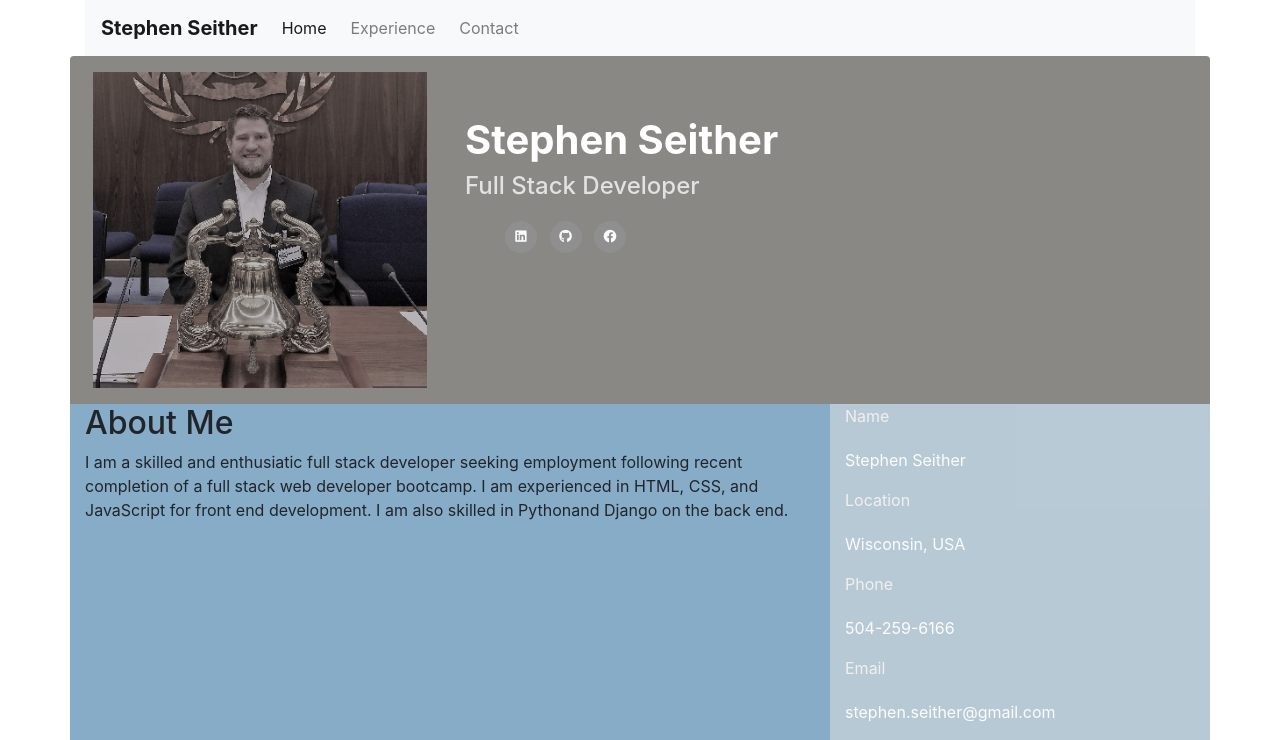
Repository: stephenseither/First-Milestone-Project
Page: index.html
The author's editor kept a record of every edit. The page is drawn from the files as they stood at one moment, then again after the next edit.
The browser window is 1280 px wide. The pictures show the whole page.
Some web libraries are served in a nearby version.

Above is the page before.

### index.html
<!DOCTYPE html>
<html lang="en">

<head>
    <meta charset="UTF-8">
    <meta name="viewport" content="width=device-width, initial-scale=1.0">
    <meta http-equiv="X-UA-Compatible" content="ie=edge">
    <link rel="stylesheet" href="https://stackpath.bootstrapcdn.com/bootstrap/4.3.1/css/bootstrap.min.css" integrity="sha384-ggOyR0iXCbMQv3Xipma34MD+dH/1fQ784/j6cY/iJTQUOhcWr7x9JvoRxT2MZw1T" crossorigin="anonymous">
    <link rel="stylesheet" href="https://use.fontawesome.com/releases/v5.10.2/css/all.css" integrity="sha384-rtJEYb85SiYWgfpCr0jn174XgJTn4rptSOQsMroFBPQSGLdOC5IbubP6lJ35qoM9" crossorigin="anonymous">
    <link rel="stylesheet" href="assets/css/style.css" type="text/css" />
    <title>Document</title>
</head>

<body>
    <div class="container">
        <nav class="navbar navbar-light bg-light navbar-expand-sm no-gutters">
            <a href="index.html" class="navbar-brand font-weight-bold">Stephen Seither</a>

            <button class="navbar-toggler ml-auto" type="button" data-toggle="collapse" data-target="#navbarNavDropdown" aria-controls="navbarNavDropdown" aria-expanded="false" aria-label="Toggle navigation">
            <span class="navbar-toggler-icon"></span></button>

            <div class="collapse navbar-collapse" id="navbarNavDropdown">
                <ul class="navbar-nav mr-auto">
                    <li class="active nav-item mr-2"><a class="nav-link" href="index.html">Home</a></li>
                    <li class="nav-item mr-2"><a class="nav-link" href="experience.html">Experience</a></li>
                    <li class="nav-item mr-2"><a class="nav-link" href="contact.html">Contact</a></li>
                </ul>
            </div>
        </nav>


        <div class="row bg-header rounded-top">
            <div class="col-sm-4 photo">
                <img src="assets/images/stephen-1.jpg" alt="stephen" class="img-fluid img-responsive py-3 px-2" />
            </div>
            <div class="col-sm-8 heading">
                <div class="row">
                    <div class="col">
                        <h1 class="name font-weight-bold">Stephen Seither</h3>
                            <h4 class="title">Full Stack Developer</h4>
                    </div>
                </div>
                <div class="row">
                    <div class="col">
                        <ul class="list-inline social-links">
                            <li class="list-inline-item">
                                <a href="https://www.linkedin.com/in/stephen-seither-254ba7b7" target="_blank">
                                <i class="fab fa-linkedin" aria-hidden="true"></i>
                                <span class="sr-only">LinkedIn</span>
                                </a>
                            </li>
                            <li class="list-inline-item">
                                <a href="https://github.com/stephenseither" target="_blank">
                                    <i class="fab fa-github" aria-hidden="true"></i>
                                    <span class="sr-only">GitHub</span>
                                </a>
                            </li>
                            <li class="list-inline-item">
                                <a href="https://www.facebook.com/stephen.seither" target="_blank">
                                    <i class="fab fa-facebook" aria-hidden="true"></i>
                                    <span class="sr-only">Facebook</span>
                                </a>
                            </li>
                        </ul>
                    </div>
                </div>
            </div>
        </div>
    </div>

    <section class="container">
        <div class="row">
            <div class="col-md-8 about-me">
                <h2>About Me</h2>
                <p>I am a skilled and enthusiatic full stack developer seeking employment following recent completion of a full stack web developer bootcamp. I am experienced in HTML, CSS, and JavaScript for front end development. I am also skilled in Pythonand Django on the back end. </p>
            </div>
            <div class="col-md-4 contact-info">
                <div class="personal-info-item">
                    <div class="title">
                        <p class="uppercase">
                            Name
                        </p>
                    </div>
                    <div class="value">
                        <p>
                            Stephen Seither
                        </p>
                    </div>
                </div>
                <div class="personal-info-item">
                    <div class="title">
                        <p class="uppercase">
                            Location
                        </p>
                    </div>
                    <div class="value">
                        <p>
                            Wisconsin, USA
                        </p>
                    </div>
                </div>
                <div class="personal-info-item">
                    <div class="title">
                        <p class="uppercase">
                            Phone
                        </p>
                    </div>
                    <div class="value">
                        <p>
                            504-259-6166
                        </p>
                    </div>
                </div>
                <div class="personal-info-item">
                    <div class="title">
                        <p class="uppercase">
                            Email
                        </p>
                    </div>
                    <div class="value">
                        <p>
                            stephen.seither@gmail.com
                        </p>
                    </div>
                </div>
            </div>
        </div>
    </section>
    <script src="https://code.jquery.com/jquery-3.3.1.slim.min.js" integrity="sha384-q8i/X+965DzO0rT7abK41JStQIAqVgRVzpbzo5smXKp4YfRvH+8abtTE1Pi6jizo" crossorigin="anonymous"></script>
    <script src="https://cdnjs.cloudflare.com/ajax/libs/popper.js/1.14.3/umd/popper.min.js" integrity="sha384-ZMP7rVo3mIykV+2+9J3UJ46jBk0WLaUAdn689aCwoqbBJiSnjAK/l8WvCWPIPm49" crossorigin="anonymous"></script>
    <script src="https://stackpath.bootstrapcdn.com/bootstrap/4.1.3/js/bootstrap.min.js" integrity="sha384-ChfqqxuZUCnJSK3+MXmPNIyE6ZbWh2IMqE241rYiqJxyMiZ6OW/JmZQ5stwEULTy" crossorigin="anonymous"></script>
</body>

</html>

### assets/css/style.css
/*---------------------------BG Colors---------------------- */

.bg-header {
    background-color: #8a8884;
}

.about-me {
background-color: #87acc7;
}

.contact-info {
    background-color: #7395ae;
    opacity: 0.5;
    transition: opacity .5s ease-out, font-weight .25s ease-in-out;
    -moz-transition: opacity .5s ease-out, font-weight .25s ease-in-out;
    -webkit-transition: opacity .5s ease-out, font-weight .25s ease-in-out;
    color: #fafafa;
    font-weight: normal;
}

.contact-info:hover {
    opacity: 1.2;
    font-weight: bold;
}


/*---------------------------Header---------------------- */

.name {
    margin-top: 60px;
    color: #fff;
}

.title {
    color: #e3e1e1;
    margin-bottom: 20px;
}

.social-links {
    margin-left: 40px;
}

.social-links li a i {
    width: 32px;
    height: 32px;
    padding: 12px 2px;
    border-radius: 50%;
    font-size: 13px;
    line-height: 7px;
    text-align: center;
    color: #fafafa;
    background: #8f8f8f;
    transition: all 0.35s ease-in-out, ;
    -moz-transition: all 0.35s ease-in-out;
    -webkit-transition: all 0.35s ease-in-out;
    -o-transition: all 0.35s ease-in-out;
}

.social-links li a i:hover {
    background-color: #b8784b;
    -webkit-transform: scale(1.5);
    -moz-transform: scale(1.5);
    -o-transform: scale(1.5);
}

After the next edit:
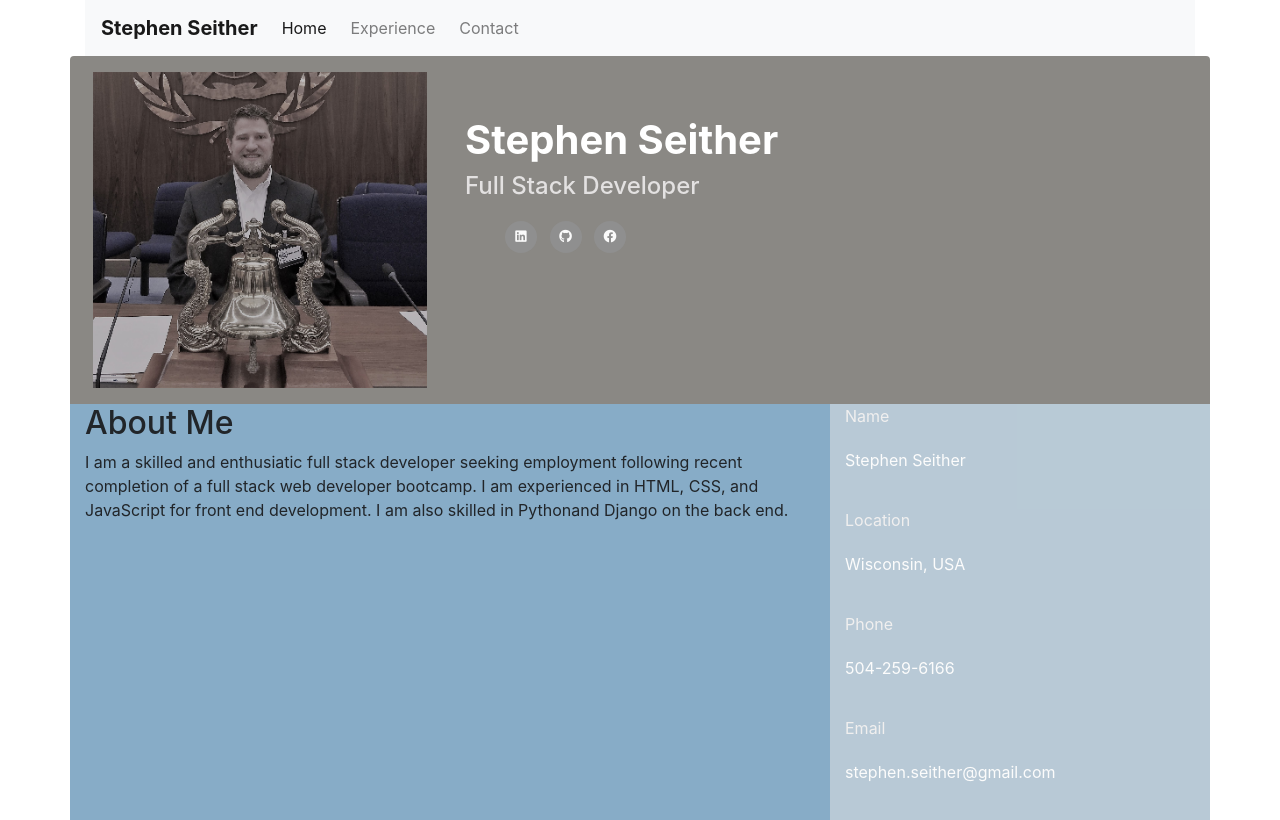
The edit:
--- a/assets/css/style.css
+++ b/assets/css/style.css
@@ -62,3 +62,17 @@
     -moz-transform: scale(1.5);
     -o-transform: scale(1.5);
 }
+
+/*---------------------------Contact Info---------------------- */
+
+.personal-info-item {
+    margin-bottom: 20px;
+    display: block;
+    clear: both;
+}
+
+.personal-info-item .key,
+.personal-info-item .value {
+    padding-right: 8px;
+    display: inline-block;
+}
